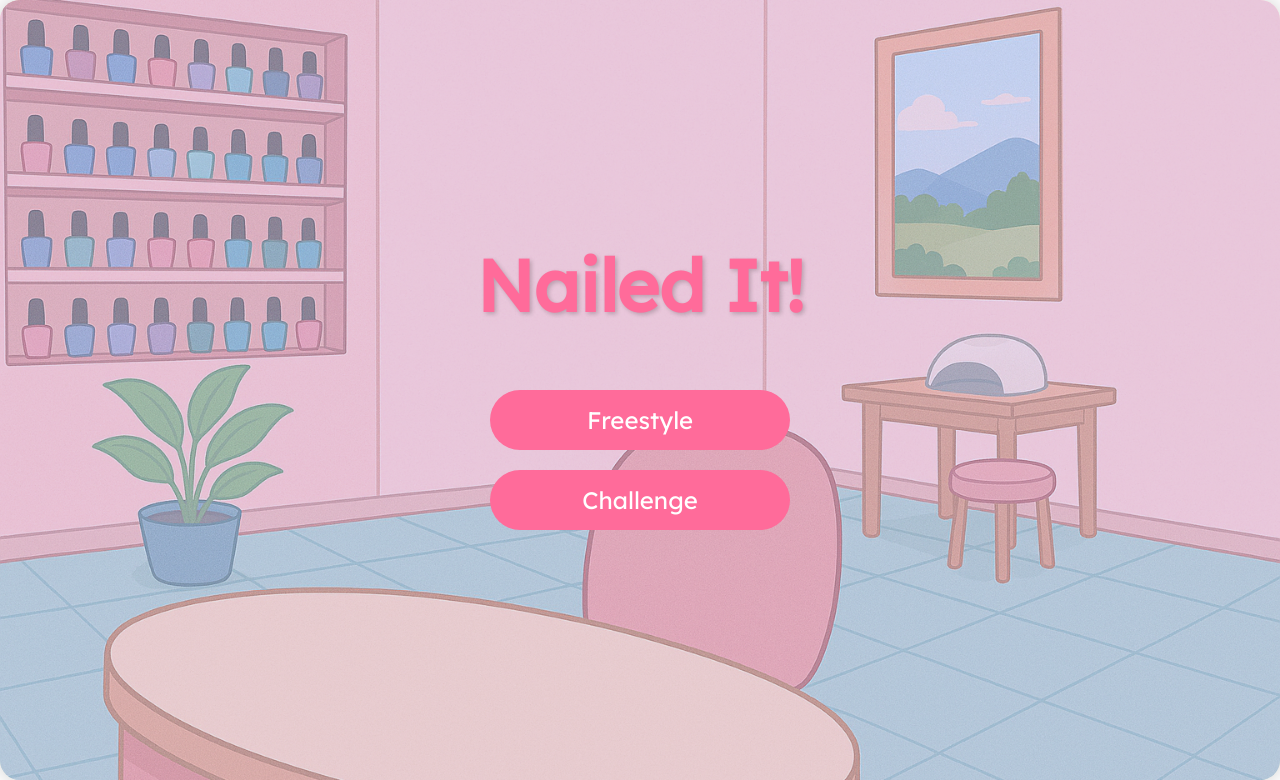
Repository: primcharlin/nailedit
Page: index.html
These files come from the project's save history. The page is drawn as it stood at one moment and after the next save; the edit follows.
The browser window is 1280 px wide. The pictures show the whole page.

Above is the page before, as saved 2025-05-05 22:53:41.

### index.html
<!DOCTYPE html>
<html lang="en">
    <head>
        <meta charset="UTF-8" />
        <meta
            name="viewport"
            content="width=device-width, initial-scale=1.0" />
        <title>Nail Salon Game</title>
        <link
            rel="stylesheet"
            href="styles.css" />
        <link
            href="https://fonts.googleapis.com/css2?family=Lexend&display=swap"
            rel="stylesheet" />
    </head>
    <body>
        <div id="game-container">
            <!-- Main Menu -->
            <div
                id="main-menu"
                class="menu">
                <h1>Nailed It!</h1>
                <button id="freestyle-button">Freestyle</button>
                <button id="challenge-button">Challenge</button>
            </div>

            <div
                id="character-selection"
                class="menu"
                style="display: none">
                <h1>Choose Your Character</h1>
                <div class="character-grid">
                    <div
                        class="character-option"
                        data-character="1">
                        <img
                            src="img/Avatar1.png"
                            alt="Character 1" />
                        <p>Emma</p>
                    </div>
                    <div
                        class="character-option"
                        data-character="2">
                        <img
                            src="img/Avatar2.png"
                            alt="Character 2" />
                        <p>Sophia</p>
                    </div>
                    <div
                        class="character-option"
                        data-character="3">
                        <img
                            src="img/Avatar3.png"
                            alt="Character 3" />
                        <p>Olivia</p>
                    </div>
                </div>
                <button id="back-to-mode">Back</button>
            </div>

            <!-- Game Area -->
            <div
                id="game-area"
                class="game-area"
                style="display: none">
                <!-- Character Display -->
                <div id="character-display"></div>

                <!-- Tools Panel will be created dynamically -->
                <div id="tools-panel"></div>

                <div id="hand">
                    <div
                        class="nail"
                        id="nail-1"></div>
                    <div
                        class="nail"
                        id="nail-2"></div>
                    <div
                        class="nail"
                        id="nail-3"></div>
                    <div
                        class="nail"
                        id="nail-4"></div>
                    <div
                        class="nail"
                        id="nail-5"></div>
                </div>

                <!-- Challenge Mode UI -->
                <div id="challenge-ui">
                    <h2>Reference Design</h2>
                    <div id="reference-image">
                        <div
                            class="reference-nail"
                            id="ref-nail-1"></div>
                        <div
                            class="reference-nail"
                            id="ref-nail-2"></div>
                        <div
                            class="reference-nail"
                            id="ref-nail-3"></div>
                        <div
                            class="reference-nail"
                            id="ref-nail-4"></div>
                        <div
                            class="reference-nail"
                            id="ref-nail-5"></div>
                    </div>
                    <div id="timer">60</div>
                </div>

                <!-- Controls -->
                <div id="controls">
                    <button
                        class="control-button"
                        id="reset-button">
                        Reset
                    </button>
                    <button
                        class="control-button"
                        id="back-button">
                        Main Menu
                    </button>
                    <button
                        class="control-button"
                        id="done-button">
                        Done
                    </button>
                </div>
            </div>

            <!-- Result Modal -->
            <div id="result-modal">
                <h2 id="result-title">Challenge Complete!</h2>
                <p id="result-message">You scored 85% match. Great job!</p>
                <div id="result-buttons">
                    <button
                        class="control-button"
                        id="try-again-button">
                        Try Again
                    </button>
                    <button
                        class="control-button"
                        id="menu-button">
                        Main Menu
                    </button>
                </div>
            </div>
        </div>

        <script src="script.js"></script>
    </body>
</html>

### styles.css
* {
    margin: 0;
    padding: 0;
    box-sizing: border-box;
    font-family: "Lexend", sans-serif;
}

body {
    background-color: white;
    display: flex;
    justify-content: center;
    align-items: center;
    min-height: 100vh;
    overflow: hidden;
}

h1 {
    font-family: "Lexend", sans-serif;
}

#game-container {
    width: 1300px;
    height: 780px;
    position: relative;
    background-image: url("img/background.png");
    background-size: cover;
    background-position: center;
    box-shadow: 0 0 20px rgba(0, 0, 0, 0.2);
    overflow: hidden;
    border-radius: 20px;
}

/* Main Menu */
#main-menu {
    position: absolute;
    width: 100%;
    height: 100%;
    display: flex;
    flex-direction: column;
    justify-content: center;
    align-items: center;
    background-color: rgba(209, 204, 255, 0.487);
    z-index: 100;
}

#main-menu h1 {
    font-size: 72px;
    color: #ff6b9a;
    margin-bottom: 50px;
    text-shadow: 2px 2px 4px rgba(0, 0, 0, 0.2);
}

.logo {
    width: 400px;
    height: auto;
    margin-bottom: 50px;
    transition: transform 0.3s ease;
}

.logo:hover {
    transform: scale(1.1);
}

#main-menu button {
    background-color: #ff6b9a;
    color: white;
    border: none;
    padding: 15px 30px;
    margin: 10px;
    font-size: 24px;
    border-radius: 30px;
    cursor: pointer;
    transition: all 0.3s ease;
    width: 300px;
}

#main-menu button:hover {
    background-color: #ff4d85;
    transform: scale(1.05);
}

/* Character Selection */
#character-selection {
    position: absolute;
    width: 100%;
    height: 100%;
    display: flex;
    flex-direction: column;
    justify-content: center;
    align-items: center;
    background-color: rgba(255, 255, 255, 0.3);
    z-index: 100;
}

#character-selection h1 {
    font-size: 48px;
    color: #ff6b9a;
    margin-bottom: 30px;
    text-shadow: 2px 2px 4px rgba(0, 0, 0, 0.2);
}

/* Game Area */
#game-area {
    display: none;
    width: 100%;
    height: 100%;
    position: relative;
    padding: 20px;
    overflow: hidden;
}

/* Horizontal Tools Panel */
.horizontal-tools-panel {
    position: absolute;
    top: 50%;
    right: 20px;
    transform: translateY(-50%);
    width: 100px;
    background-color: white;
    border-radius: 20px;
    padding: 15px;
    box-shadow: 0 0 15px rgba(0, 0, 0, 0.1);
    z-index: 10;
    display: flex;
    flex-direction: column;
    gap: 15px;
}

.category-button {
    width: 70px;
    height: 70px;
    display: flex;
    flex-direction: column;
    align-items: center;
    justify-content: center;
    padding: 10px;
    border-radius: 15px;
    cursor: pointer;
    transition: all 0.2s ease;
    background-color: #fff;
}

.category-button:hover {
    background-color: #ffdee7;
}

.category-button.active {
    background-color: #ffb8cb;
}

.category-icon {
    width: 40px;
    height: 40px;
    margin-bottom: 5px;
    background-size: contain;
    background-repeat: no-repeat;
    background-position: center;
}

.category-name {
    font-size: 12px;
    text-align: center;
    color: #333;
}

.options-container {
    position: absolute;
    right: 140px; /* Position to the left of the tools panel */
    top: 50%;
    transform: translateY(-50%);
    display: none;
    flex-direction: column;
    gap: 10px;
    background-color: white;
    padding: 15px;
    border-radius: 20px;
    box-shadow: 0 0 15px rgba(0, 0, 0, 0.1);
    max-height: 80vh;
    overflow-y: auto;
}

.option-item {
    width: 60px;
    height: 60px;
    display: flex;
    align-items: center;
    justify-content: center;
    border-radius: 10px;
    cursor: pointer;
    transition: all 0.2s ease;
    background-color: #fff;
    padding: 5px;
}

.option-item:hover {
    transform: scale(1.1);
    background-color: #ffdee7;
}

.option-item.selected {
    border: 3px solid #ff6b9a;
    background-color: #ffdee7;
}

.option-icon {
    width: 50px;
    height: 50px;
    background-size: contain;
    background-repeat: no-repeat;
    background-position: center;
}

.color-preview {
    width: 35px;
    height: 35px;
    border-radius: 50%;
}

.deco-preview {
    width: 35px;
    height: 35px;
    background-size: contain;
    background-repeat: no-repeat;
    background-position: center;
}

/* Character Display */
#character-display {
    position: absolute;
    top: 0;
    left: 0;
    width: 100%;
    height: 100%;
    z-index: 0;
    display: flex;
    justify-content: center;
    align-items: center;
    pointer-events: none;
}

#character-display img {
    max-width: 60%;
    max-height: 60%;
    object-fit: contain;
    transform: none;
}

/* Hand area */
#hand {
    position: absolute;
    bottom: 80px;
    left: 50%;
    transform: translateX(-50%);
    width: 720px;
    height: 200px;
    background-color: #ffebe7;
    border-radius: 100px;
    display: flex;
    justify-content: space-around;
    align-items: center;
    padding: 0 40px;
    z-index: 5;
}

.nail {
    position: relative;
    width: 72px;
    height: 108px;
    background-color: #ffdee7;
    border-radius: 36px 36px 0 0;
    cursor: pointer;
    z-index: 5;
    transition: all 0.2s ease;
}

#nail-1,
#nail-2,
#nail-3,
#nail-4,
#nail-5 {
    position: relative;
    transform: none;
    bottom: 0;
    left: 0;
}

.nail:hover {
    transform: translateY(-10px);
}

/* Decoration classes */
.glitter-gold {
    background-image: radial-gradient(circle, #ffdc73 10%, transparent 10%),
        radial-gradient(circle, #ffdc73 10%, transparent 10%);
    background-color: gold;
    background-size: 10px 10px;
    background-position: 0 0, 5px 5px;
}
.glitter-silver {
    background-image: radial-gradient(circle, #ffffff 10%, transparent 10%),
        radial-gradient(circle, #ffffff 10%, transparent 10%);
    background-color: silver;
    background-size: 10px 10px;
    background-position: 0 0, 5px 5px;
}
.glitter-rainbow {
    background-image: linear-gradient(
        45deg,
        red,
        orange,
        yellow,
        green,
        blue,
        indigo,
        violet
    );
}
.glitter-blue {
    background-image: radial-gradient(circle, #ffffff 10%, transparent 10%),
        radial-gradient(circle, #ffffff 10%, transparent 10%);
    background-color: #00ffff;
    background-size: 10px 10px;
    background-position: 0 0, 5px 5px;
}
.glitter-pink {
    background-image: radial-gradient(circle, #ffffff 10%, transparent 10%),
        radial-gradient(circle, #ffffff 10%, transparent 10%);
    background-color: #ff69b4;
    background-size: 10px 10px;
    background-position: 0 0, 5px 5px;
}

.pattern-stripes {
    background-image: repeating-linear-gradient(
        45deg,
        transparent,
        transparent 10px,
        #ff6b9a 10px,
        #ff6b9a 20px
    );
}
.pattern-dots {
    background-image: radial-gradient(circle, #ff6b9a 20%, transparent 20%),
        radial-gradient(circle, #ff6b9a 20%, transparent 20%);
    background-size: 20px 20px;
    background-position: 0 0, 10px 10px;
}
.pattern-zigzag {
    background-image: linear-gradient(135deg, #ff6b9a 25%, transparent 25%) 0 0,
        linear-gradient(225deg, #ff6b9a 25%, transparent 25%) 0 0,
        linear-gradient(315deg, #ff6b9a 25%, transparent 25%) 0 0,
        linear-gradient(45deg, #ff6b9a 25%, transparent 25%) 0 0;
    background-size: 20px 20px;
}
.pattern-leopard {
    background-image: radial-gradient(
        ellipse,
        #000000 0%,
        #000000 30%,
        transparent 30%
    );
    background-size: 30px 30px;
    background-repeat: repeat;
}
.pattern-marble {
    background-image: linear-gradient(
            to right,
            rgba(255, 255, 255, 0.1),
            rgba(255, 255, 255, 0.5)
        ),
        linear-gradient(120deg, rgba(0, 0, 0, 0.1), rgba(0, 0, 0, 0.3));
}

.sticker-heart:after {
    content: "❤";
    font-size: 40px;
    color: red;
    display: flex;
    justify-content: center;
    align-items: center;
    height: 100%;
}
.sticker-star:after {
    content: "★";
    font-size: 40px;
    color: gold;
    display: flex;
    justify-content: center;
    align-items: center;
    height: 100%;
}
.sticker-flower:after {
    content: "✿";
    font-size: 40px;
    color: #ff6b9a;
    display: flex;
    justify-content: center;
    align-items: center;
    height: 100%;
}
.sticker-butterfly:after {
    content: "🦋";
    font-size: 40px;
    display: flex;
    justify-content: center;
    align-items: center;
    height: 100%;
}
.sticker-diamond:after {
    content: "💎";
    font-size: 40px;
    display: flex;
    justify-content: center;
    align-items: center;
    height: 100%;
}

.gem-round:after {
    content: "";
    position: absolute;
    top: 50%;
    left: 50%;
    transform: translate(-50%, -50%);
    width: 20px;
    height: 20px;
    background-color: #00ffff;
    border-radius: 50%;
    box-shadow: 0 0 5px #00ffff, 0 0 10px #00ffff;
}
.gem-square:after {
    content: "";
    position: absolute;
    top: 50%;
    left: 50%;
    transform: translate(-50%, -50%);
    width: 20px;
    height: 20px;
    background-color: #ff00ff;
    box-shadow: 0 0 5px #ff00ff, 0 0 10px #ff00ff;
}
.gem-teardrop:after {
    content: "";
    position: absolute;
    top: 50%;
    left: 50%;
    transform: translate(-50%, -50%) rotate(45deg);
    width: 15px;
    height: 25px;
    background-color: #4169e1;
    border-radius: 50% 50% 50% 0;
    box-shadow: 0 0 5px #4169e1, 0 0 10px #4169e1;
}
.gem-heart:after {
    content: "❤";
    font-size: 25px;
    color: #ff0000;
    display: flex;
    justify-content: center;
    align-items: center;
    height: 100%;
    text-shadow: 0 0 5px #ff0000, 0 0 10px #ff0000;
}
.gem-star:after {
    content: "★";
    font-size: 25px;
    color: #ffd700;
    display: flex;
    justify-content: center;
    align-items: center;
    height: 100%;
    text-shadow: 0 0 5px #ffd700, 0 0 10px #ffd700;
}

/* Challenge Mode UI */
#challenge-ui {
    display: none;
    position: absolute;
    top: 50%;
    left: 20px;
    transform: translateY(-50%);
    width: 240px;
    background-color: white;
    border-radius: 20px;
    padding: 20px;
    box-shadow: 0 0 15px rgba(0, 0, 0, 0.1);
    z-index: 10;
}

#reference-image {
    width: 100%;
    height: 180px;
    background-color: #ffdee7;
    margin-bottom: 20px;
    border: 1px solid #ddd;
    border-radius: 10px;
    display: flex;
    justify-content: center;
    align-items: center;
    gap: 10px;
}

#timer {
    font-size: 32px;
    text-align: center;
    margin-bottom: 20px;
    color: #ff6b9a;
}

/* UI Controls */
#controls {
    position: absolute;
    bottom: 24px;
    left: 50%;
    transform: translateX(-50%);
    display: flex;
    gap: 24px;
    z-index: 10;
}

.control-button {
    background-color: #ff6b9a;
    color: white;
    border: none;
    padding: 12px 24px;
    font-size: 21.6px;
    border-radius: 24px;
    cursor: pointer;
    transition: all 0.3s ease;
}

.control-button:hover {
    background-color: #ff4d85;
}

/* Modal for results */
#result-modal {
    display: none;
    position: absolute;
    top: 50%;
    left: 50%;
    transform: translate(-50%, -50%);
    width: 400px;
    background-color: white;
    border-radius: 20px;
    padding: 30px;
    box-shadow: 0 0 30px rgba(0, 0, 0, 0.3);
    text-align: center;
    z-index: 200;
}

#result-title {
    font-size: 36px;
    margin-bottom: 20px;
    color: #ff6b9a;
}

#result-message {
    font-size: 20px;
    margin-bottom: 30px;
}

#result-buttons {
    display: flex;
    justify-content: center;
    gap: 20px;
}

/* Reference nails for challenge mode */
.reference-nail {
    width: 25px;
    height: 38px;
    background-color: #ffdee7;
    border-radius: 12px 12px 0 0;
    display: inline-block;
}

.character-grid {
    display: grid;
    grid-template-columns: repeat(3, 1fr);
    gap: 30px;
    margin: 30px 0;
}

.character-option {
    display: flex;
    flex-direction: column;
    align-items: center;
    padding: 20px;
    border: 2px solid #ff6b9a;
    border-radius: 15px;
    cursor: pointer;
    transition: transform 0.2s, box-shadow 0.2s;
    background-color: rgba(255, 255, 255, 0.8);
}

.character-option:hover {
    transform: scale(1.05);
    box-shadow: 0 0 15px rgba(255, 107, 154, 0.3);
}

.character-option img {
    width: 150px;
    height: 150px;
    object-fit: cover;
    border-radius: 15px;
    margin-bottom: 15px;
    border: solid 2px #ff6b9a;
}

.character-option p {
    margin: 0;
    font-size: 1.5em;
    color: #333;
}

#back-to-mode {
    margin-top: 20px;
    padding: 10px 20px;
    background-color: #ff6b9a;
    color: white;
    border: none;
    border-radius: 5px;
    cursor: pointer;
    font-size: 1em;
    transition: background-color 0.2s;
}

#back-to-mode:hover {
    background-color: #ff4d8a;
}

Loaded but not shown: script.js (709 lines, source omitted)

After the next save:
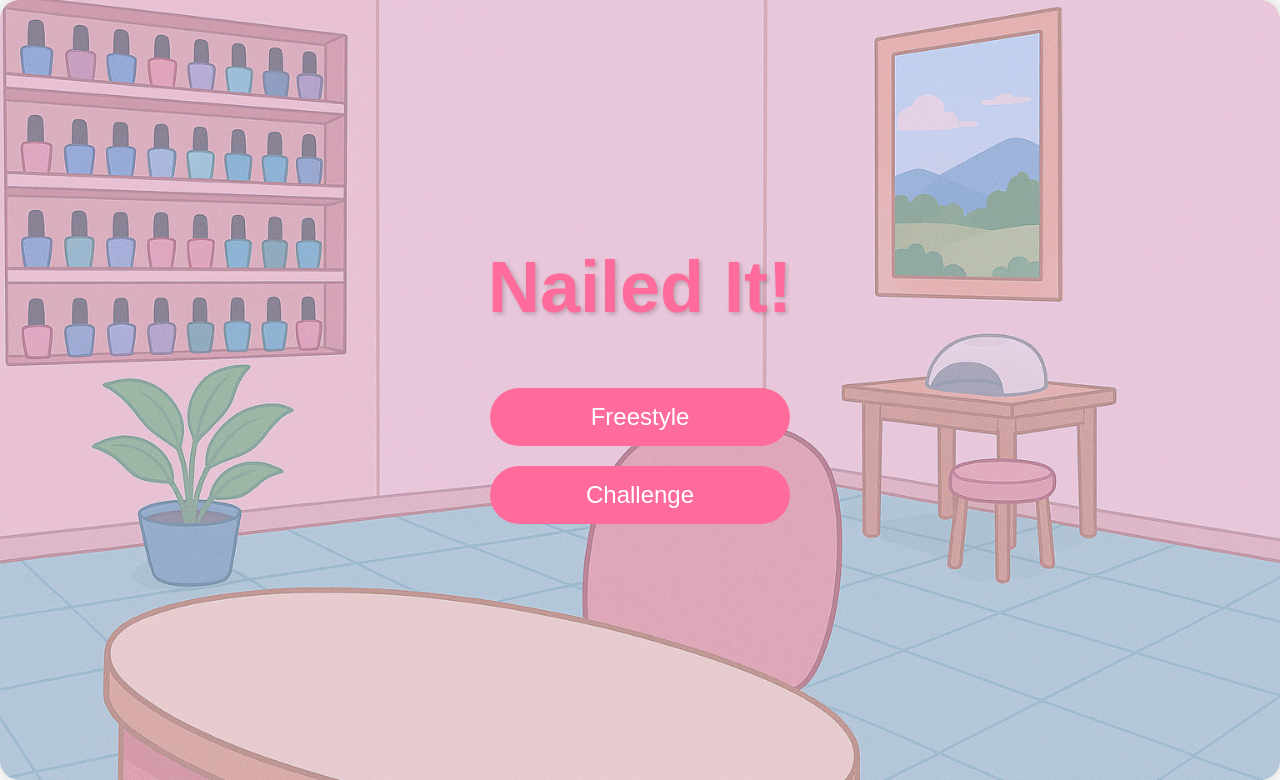
Saved 41 min 41 s later.
--- a/styles.css
+++ b/styles.css
@@ -2,7 +2,7 @@
     margin: 0;
     padding: 0;
     box-sizing: border-box;
-    font-family: "Lexend", sans-serif;
+    font-family: "lexend", sans-serif;
 }
 
 body {
@@ -48,6 +48,7 @@ h1 {
     color: #ff6b9a;
     margin-bottom: 50px;
     text-shadow: 2px 2px 4px rgba(0, 0, 0, 0.2);
+    font-family: "Starbim", sans-serif;
 }
 
 .logo {
@@ -72,11 +73,51 @@ h1 {
     cursor: pointer;
     transition: all 0.3s ease;
     width: 300px;
+    position: relative;
+    font-family: "Starbim", sans-serif;
 }
 
 #main-menu button:hover {
-    background-color: #ff4d85;
+    background-color: #e12561;
+    transform: scale(1.1);
+}
+
+#main-menu button[data-text="Challenge"]::before,
+#main-menu button[data-text="Challenge"]::after {
+    content: none;
+}
+
+#challenge-button {
+    background-color: #ff6b9a;
+    color: white;
+    border: none;
+    padding: 15px 30px;
+    margin: 10px;
+    font-size: 24px;
+    border-radius: 30px;
+    cursor: pointer;
+    transition: all 0.3s ease;
+    width: 300px;
+    position: relative;
+}
+
+#challenge-button:hover {
+    background-color: #881338;
     transform: scale(1.05);
+}
+
+.star-icon {
+    width: 20px;
+    height: 20px;
+    object-fit: contain;
+    margin: 0 3px;
+}
+
+#challenge-button span {
+    font-family: "Starbim", sans-serif;
+    font-size: 24px;
+    color: #fff;
+    text-shadow: 2px 2px 0 #ff6b9a, 0 2px 4px rgba(0, 0, 0, 0.1);
 }
 
 /* Character Selection */
@@ -93,10 +134,10 @@ h1 {
 }
 
 #character-selection h1 {
-    font-size: 48px;
-    color: #ff6b9a;
+    width: 1000px;
+    height: auto;
     margin-bottom: 30px;
-    text-shadow: 2px 2px 4px rgba(0, 0, 0, 0.2);
+    content: url("img/choose_character.png");
 }
 
 /* Game Area */
